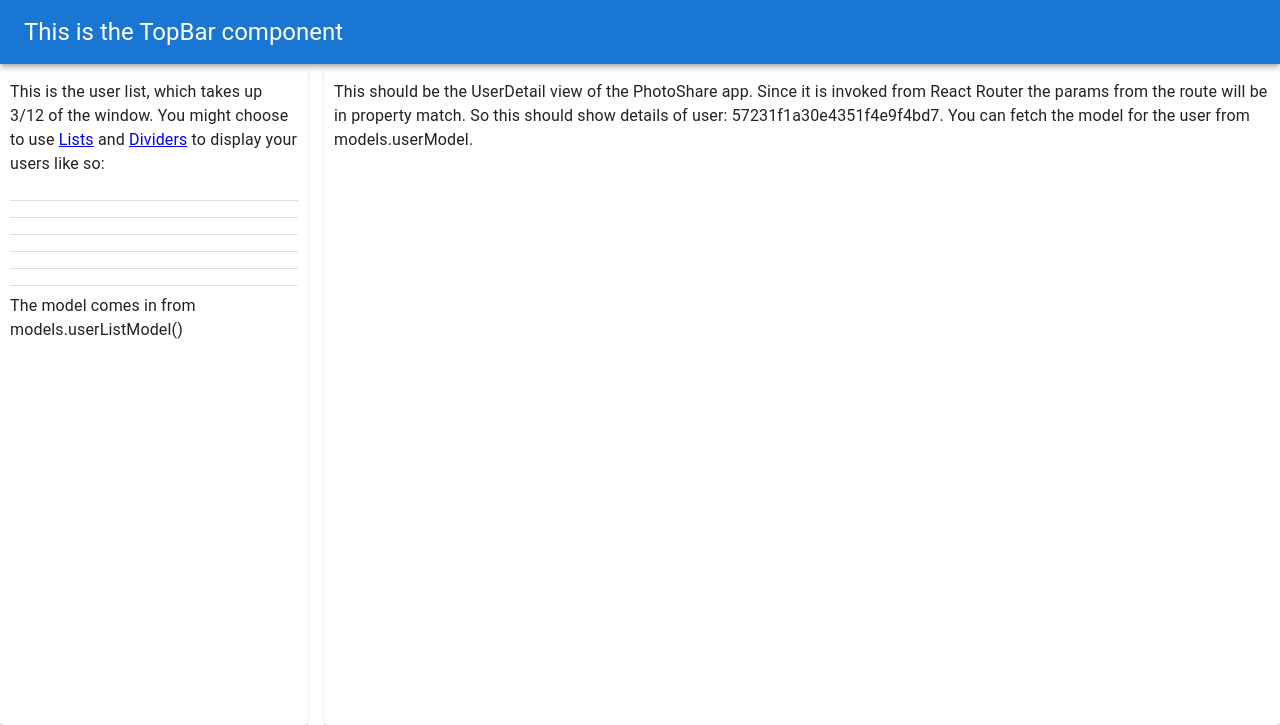
Repository: Trung0810/photo-sharing-v1
Page: /users/57231f1a30e4351f4e9f4bd7
The author's editor kept a copy of each file at every save. The page is drawn from the files as they stood at one save, then again after the next save.
The browser window is 1280 px wide. The pictures show the whole page.
The project was rebuilt for these pictures with package versions that can differ from the ones it lists, and the page was loaded fresh each time. Also part of the build but not shown: src/modelData/models.js, src/components/UserPhotos/index.jsx.

Above is the page before, as saved 2026-04-04 13:59:56.

After the next save:
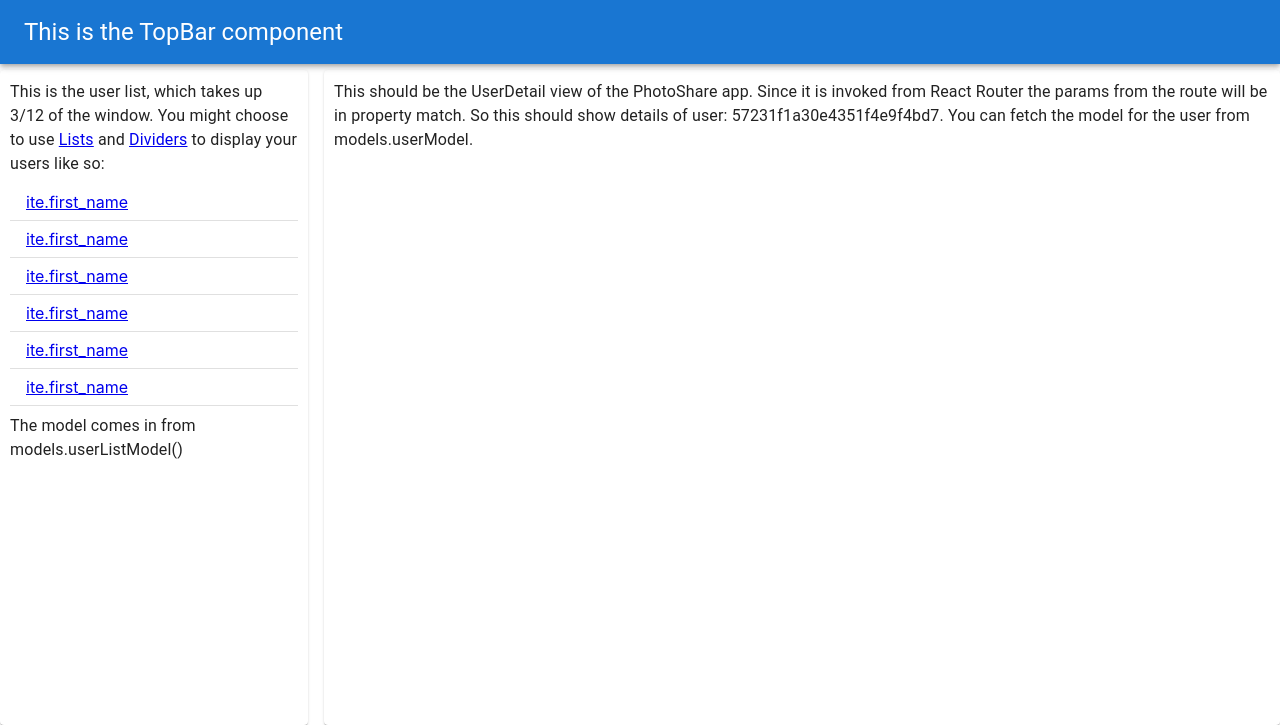
Saved 3 min 4 s later.
--- a/src/components/UserList/index.jsx
+++ b/src/components/UserList/index.jsx
@@ -28,7 +28,7 @@ function UserList() {
         {users.map((item) => (
           <>
             <ListItem>
-              <Link to={`/users/:${item.id}`}></Link>
+              <Link to={`/users/:${item.id}`}>ite.first_name</Link>
             </ListItem>
             <Divider />
           </>
